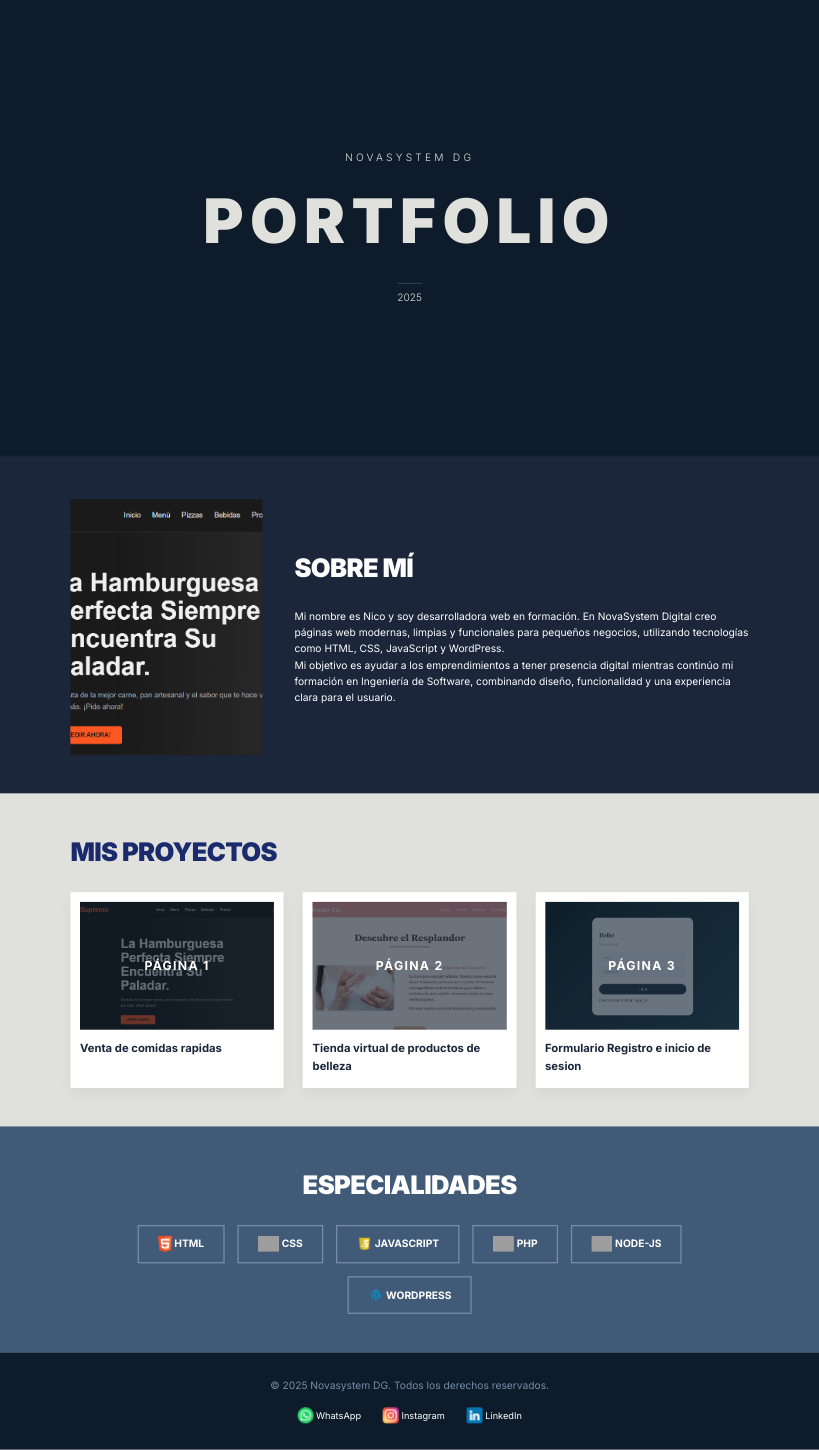
Repository: NovaSystem-DG/Portafolio
Page: index.html
These files come from the project's save history. The page is drawn as it stood at one moment and after a run of saves; the edit follows.
The browser window is 1280 px wide. The pictures show the whole page, at 64% of full size.
Pictures or frames that could not be fetched are drawn as grey boxes.

Above is the page before, as saved 2026-01-09 18:37:29.

### index.html
<!DOCTYPE html>
<html lang="es">

<head>
    <meta charset="UTF-8">
    <meta name="viewport" content="width=device-width, initial-scale=1.0">
    <title>Novasystem DG | Portafolio</title>
    <link rel="stylesheet" href="style.css">
    <link href="https://fonts.googleapis.com/css2?family=Inter:wght@300;400;700;900&display=swap" rel="stylesheet">
</head>

<body>

    <header class="hero-section">
        <div class="header-content">
            <span class="company-name">NOVASYSTEM DG</span>
            <h1>PORTFOLIO</h1>
            <div class="year-range">2025</div>
        </div>
    </header>

    <section class="about-section">
        <div class="container about-flex">
            <div class="photo-placeholder">
                 <img src="assets/img/Comida.png" alt="Vista previa proyecto 1" class="project-img">
            </div>
            <div class="about-text">
                <h2>SOBRE MÍ</h2>
                <p>Mi nombre es Nico y soy desarrolladora web en formación.
                    En NovaSystem Digital creo páginas web modernas, limpias y funcionales para pequeños negocios,
                    utilizando tecnologías como HTML, CSS, JavaScript y WordPress.
                    <br>
                    Mi objetivo es ayudar a los emprendimientos a tener presencia digital mientras continúo mi formación
                    en Ingeniería de Software, combinando diseño, funcionalidad y una experiencia clara para el usuario.
                </p>
            </div>
        </div>
    </section>

    <section class="projects-section">
        <div class="container">
            <h2>MIS PROYECTOS</h2>
            <div class="projects-grid">
                <div class="projects-grid">
                    <a href="https://novasystem-dg.github.io/Restaurante-web/" class="project-card" target="_blank">
                        <div class="project-img-container">
                            <img src="assets/img/Comida.png" alt="Vista previa proyecto 1" class="project-img">
                            <div class="project-overlay">
                                <span>Página 1</span>
                            </div>
                        </div>
                        <h3>Venta de comidas rapidas</h3>
                    </a>

                    <a href="https://novasystem-dg.github.io/tienda-online/" class="project-card" target="_blank">
                        <div class="project-img-container">
                            <img src="assets/img/Belleza.png" alt="Vista previa proyecto 2" class="project-img">
                            <div class="project-overlay">
                                <span>Página 2</span>
                            </div>
                        </div>
                        <h3>Tienda virtual de productos de belleza</h3>
                    </a>

                    <a href="http://formulario-basico.free.nf/?i=1" class="project-card" target="_blank">
                        <div class="project-img-container">
                            <img src="assets/img/Login.png" alt="Vista previa proyecto 3" class="project-img">
                            <div class="project-overlay">
                                <span>Página 3</span>
                            </div>
                        </div>
                        <h3>Formulario Registro e inicio de sesion</h3>
                    </a>
                </div>
            </div>
        </div>
    </section>

    <section class="skills-section">
        <div class="container">
            <h2>ESPECIALIDADES</h2>
            <div class="skills-list">

                <div class="skill-item">
                    <img id="Icon" src="assets/icon/HTML.png" alt="HTML5">
                    <span>HTML</span>
                </div>

                <div class="skill-item">
                    <img id="Icon" src="assets/icon/CSS.png" alt="CSS3">
                    <span>CSS</span>
                </div>

                <div class="skill-item">
                    <img id="Icon" src="assets/icon/JS.png" alt="JavaScript">
                    <span>JAVASCRIPT</span>
                </div>

                <div class="skill-item">
                    <img id="Icon1" src="assets/icon/PHP.png" alt="PHP">
                    <span>PHP</span>
                </div>

                <div class="skill-item">
                    <img id="Icon" src="assets/icon/NODEJS.png" alt="JavaScript">
                    <span>NODE-JS</span>
                </div>

                <div class="skill-item">
                    <img id="Icon" src="assets/icon/WP.png" alt="JavaScript">
                    <span>WORDPRESS</span>
                </div>





            </div>
        </div>
    </section>

    <footer class="main-footer">
    <p>&copy; 2025 Novasystem DG. Todos los derechos reservados.</p>

    <div class="social-links">
        <a href="https://wa.me/3137079734" class="social-item" target="_blank">
            <img id="Icon" src="assets/icon/social.png" alt="WhatsApp">
            <span>WhatsApp</span>
        </a>

        <a href="https://www.instagram.com/novasystemdg?igsh=MW93NnByanByMHRpeA==" class="social-item" target="_blank">
            <img id="Icon" src="assets/icon/instagram.png" alt="Instagram">
            <span>Instagram</span>
        </a>

        <a href="https://www.linkedin.com/in/nichole-andrade-848a2a37b?utm_source=share&utm_campaign=share_via&utm_content=profile&utm_medium=android_app" class="social-item" target="_blank">
            <img id="Icon" src="assets/icon/linkedin.png" alt="LinkedIn">
            <span>LinkedIn</span>
        </a>
    </div>
</footer>
</body>

</html>

### style.css
/* Configuración General */
* {
    margin: 0;
    padding: 0;
    box-sizing: border-box;
    font-family: 'Inter', sans-serif;
}

body {
    background-color: #f0f4f8;
    color: #1a2a6c;
    line-height: 1.6;
}

.container {
    max-width: 1100px;
    margin: 0 auto;
    padding: 60px 20px;
}

h2 {
    font-size: 2.5rem;
    font-weight: 900;
    margin-bottom: 30px;
    letter-spacing: -1px;
}

/* Sección 1: Hero Header (Azul Muy Oscuro) */
.hero-section {
    height: 100vh;
    background-color: #0d1b2a;
    color: #e0e1dd;
    display: flex;
    align-items: center;
    justify-content: center;
    text-align: center;
    border-bottom: 8px solid #1b263b;
}

.company-name {
    font-weight: 300;
    letter-spacing: 5px;
    display: block;
    margin-bottom: 10px;
}

.hero-section h1 {
    font-size: 6rem;
    font-weight: 900;
    letter-spacing: 10px;
    margin: 0;
}

.year-range {
    margin-top: 20px;
    font-weight: 300;
    border-top: 1px solid #415a77;
    padding-top: 10px;
    display: inline-block;
}

/* Sección 2: Sobre Mí (Azul Medio) */
.about-section {
    background-color: #1b263b;
    color: #ffffff;
}

.about-flex {
    display: flex;
    align-items: center;
    gap: 50px;
    flex-wrap: wrap;
}

.photo-placeholder {
    width: 300px;
    height: 400px;
    background-color: #415a77;
    display: flex;
    align-items: center;
    justify-content: center;
    border-radius: 4px;
    font-weight: bold;
    color: #778da9;
}

.about-text {
    flex: 1;
    min-width: 300px;
}

/* Sección 3: Proyectos (Azul Claro / Grisáceo) */
.projects-section {
    background-color: #e0e1dd;
}

.projects-grid {
    display: grid;
    grid-template-columns: repeat(auto-fit, minmax(280px, 1fr));
    gap: 30px;
}

/* Ajuste para que el enlace no tenga subrayado y use los colores correctos */
.project-card {
    text-decoration: none;
    color: inherit;
    display: block;
    background: #fff;
    padding: 15px;
    box-shadow: 0 10px 20px rgba(0,0,0,0.05);
    transition: transform 0.3s ease;
}

.project-card:hover {
    transform: translateY(-10px);
}

/* Contenedor de la imagen para poder poner texto encima */
.project-img-container {
    position: relative;
    width: 100%;
    height: 200px;
    overflow: hidden;
    margin-bottom: 15px;
    background-color: #778da9;
}

.project-img {
    width: 100%;
    height: 100%;
    object-fit: cover; /* Esto hace que la imagen llene el espacio sin deformarse */
    display: block;
}

/* Capa oscura con el texto "Página X" */
.project-overlay {
    position: absolute;
    top: 0;
    left: 0;
    width: 100%;
    height: 100%;
    background: rgba(13, 27, 42, 0.6); /* Azul oscuro semitransparente */
    display: flex;
    align-items: center;
    justify-content: center;
    opacity: 1; /* Puedes ponerlo en 0 y cambiarlo a 1 en hover si quieres que aparezca solo al pasar el mouse */
    transition: background 0.3s ease;
}

.project-overlay span {
    color: white;
    font-weight: bold;
    font-size: 1.2rem;
    letter-spacing: 2px;
    text-transform: uppercase;
}

.project-card h3 {
    font-size: 1.1rem;
    margin: 5px 0;
    color: #1b263b;
}

/* Sección 4: Skills (Azul Eléctrico) */
.skills-section {
    background-color: #415a77;
    color: white;
    text-align: center;
}

.skills-list {
    display: flex;
    justify-content: center;
    gap: 20px;
    flex-wrap: wrap;
}

.skill-item {
    padding: 15px 30px;
    border: 2px solid #778da9;
    font-weight: bold;
    transition: 0.3s;
}

.skill-item:hover {
    background-color: #778da9;
}

/* Footer (Negro Azulado) */
.main-footer {
    background-color: #0d1b2a;
    color: #778da9;
    padding: 40px 20px;
    text-align: center;
}

.social-links {
    margin-top: 20px;
}

.social-links a {
    color: white;
    text-decoration: none;
    margin: 0 15px;
    font-size: 0.9rem;
}

#Icon{
    margin-bottom:-7px;
    height: 25px;
    width: auto;
}

#Icon1{
    margin-bottom: -7px;
    height: 25px;
    width: auto;
}

After the next 2 saves:
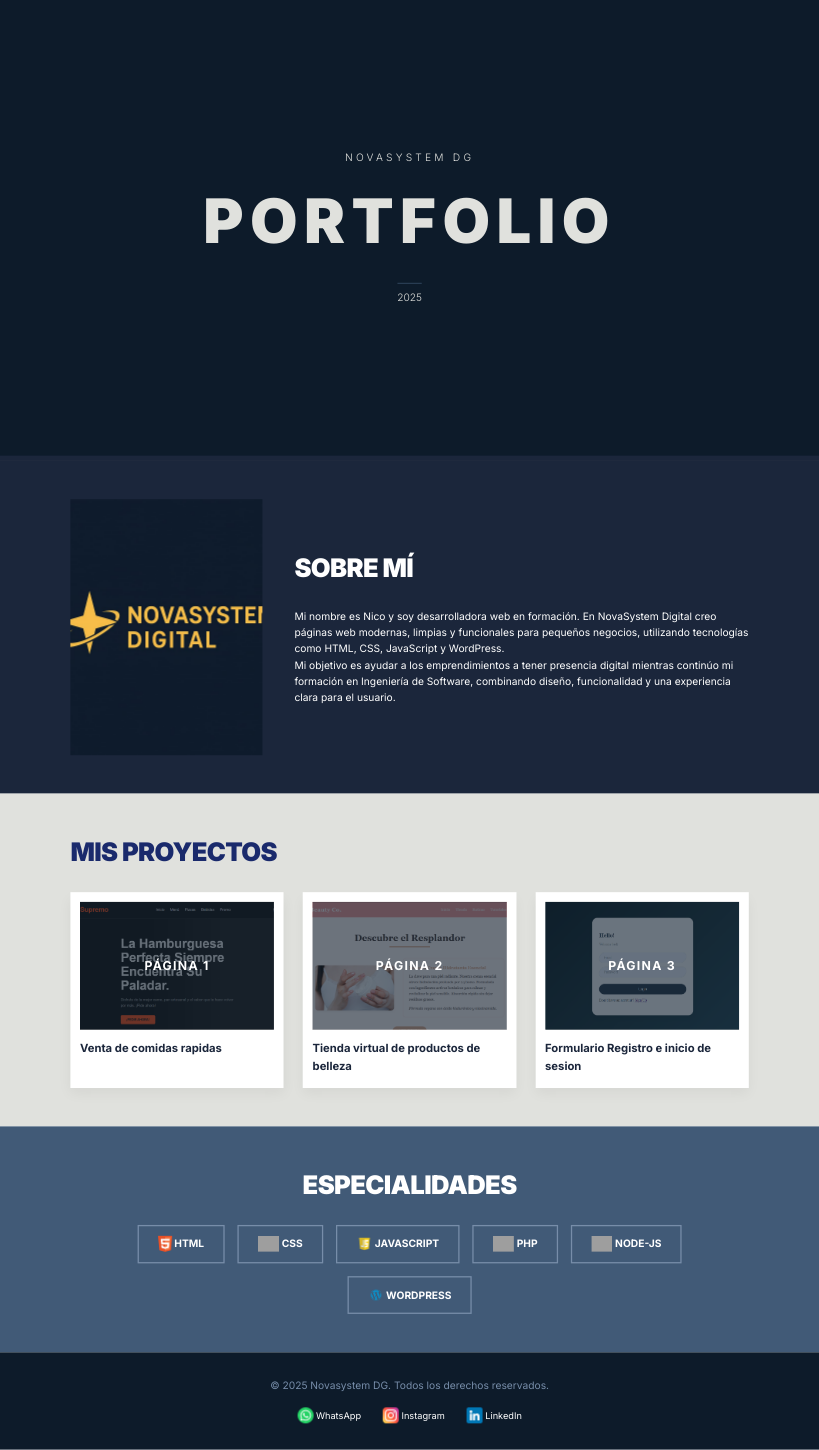
The 2 saves are shown as one change because they came seconds apart.
The last was saved 6 s later.
--- a/index.html
+++ b/index.html
@@ -22,7 +22,7 @@
     <section class="about-section">
         <div class="container about-flex">
             <div class="photo-placeholder">
-                 <img src="assets/img/Comida.png" alt="Vista previa proyecto 1" class="project-img">
+                 <img src="assets/img/logo.jpeg" alt="Vista previa proyecto 1" class="project-img">
             </div>
             <div class="about-text">
                 <h2>SOBRE MÍ</h2>
